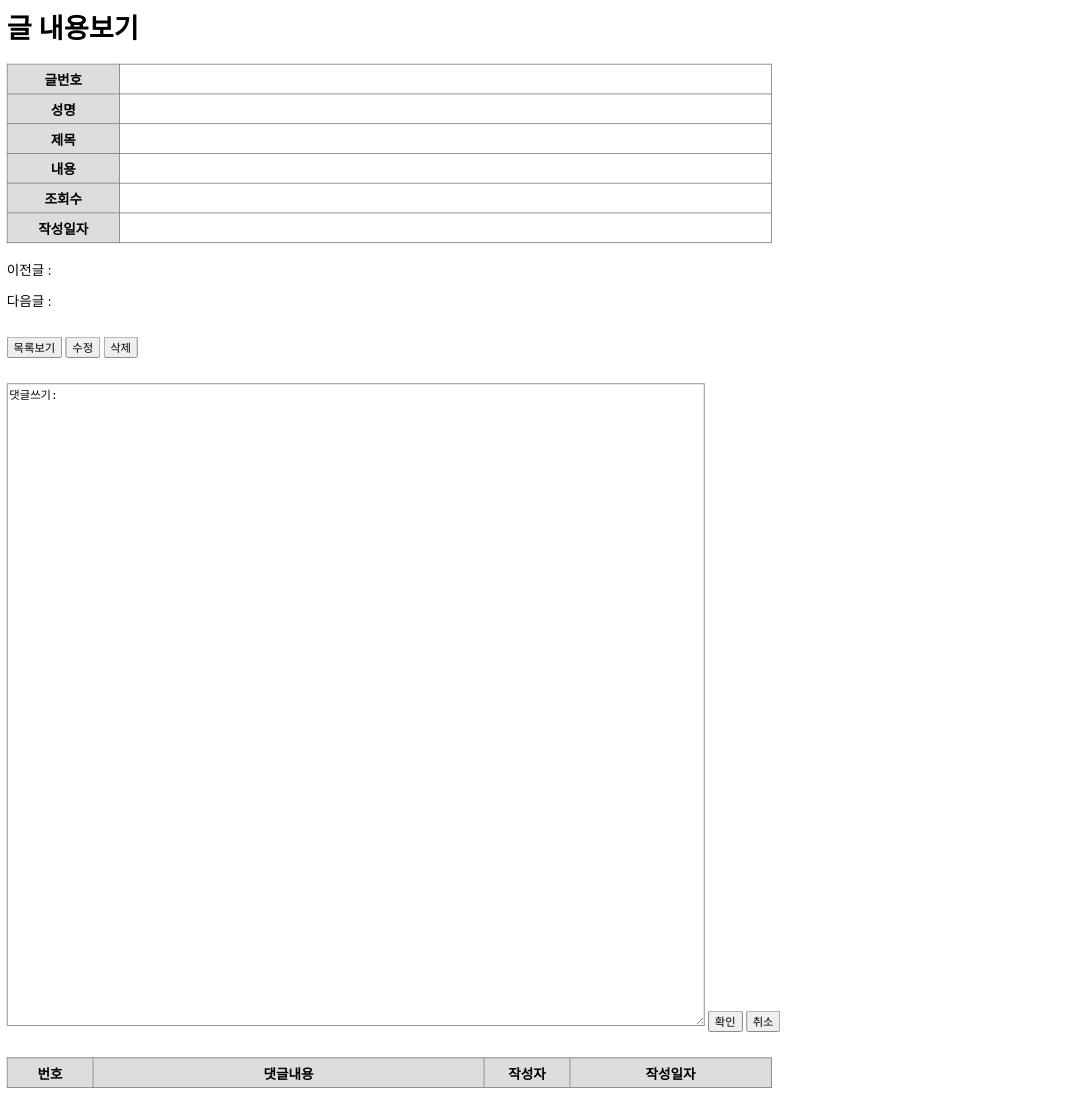
Repository: gold37/Spring
Page: http://localhost/Board/WEB-INF/views/tiles1/board/view.jsp
The author's editor kept a copy of each file at every save. The page is drawn from the files as they stood at one save, then again after the next save.
The browser window is 1280 px wide. The pictures show the whole page, at 85% of full size.
The page is served by Tomcat 9. Nobody is signed in. Other server files are loaded and not shown. The template is opened directly, without the code that normally fills it, so the values that code supplies are empty.

Above is the page before, as saved 2020-07-17 06:45:24.
Console error: ReferenceError: $ is not defined

### springworkspace/Board/src/main/webapp/WEB-INF/views/tiles1/board/view.jsp
<%@ page language="java" contentType="text/html; charset=UTF-8"
    pageEncoding="UTF-8"%>

<%@ taglib prefix="c" uri="http://java.sun.com/jsp/jstl/core" %>

<style>

table, th, td, input, textarea {
	border: solid gray 1px;
}

#table, #table2 {
	border-collapse: collapse;
 	width: 900px;
}

#table th, #table td{padding: 5px;}
#table th{width: 120px; background-color: #DDDDDD;}
#table td{width: 750px;}
.long {width: 470px;}
.short {width: 120px;}

.move {cursor: pointer;}
.moveColor {font-weight: bold;}

a {text-decoration: none !important;}


</style>

<script type="text/javascript">

	$(document).ready(function(){

		$(".move").hover(function(){
						$(this).addClass("moveColor");
					},
					function(){
						$(this).removeClass("moveColor");
					});

	});


</script>


<div style="">
	<h1>글 내용보기</h1>

	<table id="table" style="word-wrap: break-word; table-layout: fixted;">
		<tr>
			<th>글번호</th>
			<td>${boardvo.seq}</td>
		</tr>
		<tr>
			<th>성명</th>
			<td>${boardvo.name}</td>
		</tr>
		<tr>
			<th>제목</th>
			<td>${boardvo.subject}</td>
		</tr>
		<tr>
			<th>내용</th>
			<td>
				<p style="word-break: break-all;">${boardvo.content}</p>
				<%--
					style="word-break: break-all; 은 공백없는 긴영문일 경우 width 크기를 뚫고 나오는 것을 막는 것임.
					그런데 style="word-break: break-all; 나 style="word-wrap: break-word; 은
			       	테이블태그의 <td>태그에는 안되고 <p> 나 <div> 태그안에서 적용되어지므로 <td>태그에서 적용하려면
			    	<table>태그속에 style="word-wrap: break-word; table-layout: fixed;" 을 주면 된다.
				--%>
			</td>
		</tr>
		<tr>
			<th>조회수</th>
			<td>${boardvo.readCount}</td>
		</tr>
		<tr>
			<th>작성일자</th>
			<td>${boardvo.regDate}</td>
		</tr>
	</table>

	<br/>

	<div style="margin-bottom: 1%;">이전글&nbsp;:&nbsp;<span class="move" onclick="javascript:location.href='view.action?seq=${boardvo.previousseq}'">${boardvo.previoussubject}</span></div>
	<div style="margin-bottom: 1%;">다음글&nbsp;:&nbsp;<span class="move" onclick="javascript:location.href='view.action?seq=${boardvo.nextseq}'">${boardvo.nextsubject}</span></div>

	<br/>

	<button type="button" onclick="javascript:location.href='list.action'" >목록보기</button>
	<button type="button" onclick="javascript:location.href='edit.action?seq=${boardvo.seq}'" >수정</button>
	<button type="button" onclick="javascript:location.href='delete.action?seq=${boardvo.seq}'" >삭제</button>


	<div style="margin-top: 30px;">
		<textarea rows="50" cols="100">댓글쓰기:</textarea>
		<button>확인</button>
		<button>취소</button>
	</div>

	<table id="table" style="margin-top: 30px;">
		<tr>
			<th style="width: 70px;  text-align: center;">번호</th>
			<th style="width: 360px; text-align: center;">댓글내용</th>
			<th style="width: 70px;  text-align: center;">작성자</th>
			<th style="width: 180px; text-align: center;">작성일자</th>
		</tr>
		<c:forEach var="boardvo" items="${boardList}" varStatus="status">
			<tr>
				<td align="center">${boardvo.seq}</td>
				<td align="left">
					<span class="subject" onclick="goView('${boardvo.seq}')">${boardvo.subject}</span>
				</td>
				<td align="center">${boardvo.content}</td>
				<td align="center">${boardvo.name}</td>
				<td align="center">${boardvo.regDate}</td>
		</c:forEach>
	</table>

</div>

After the next save:
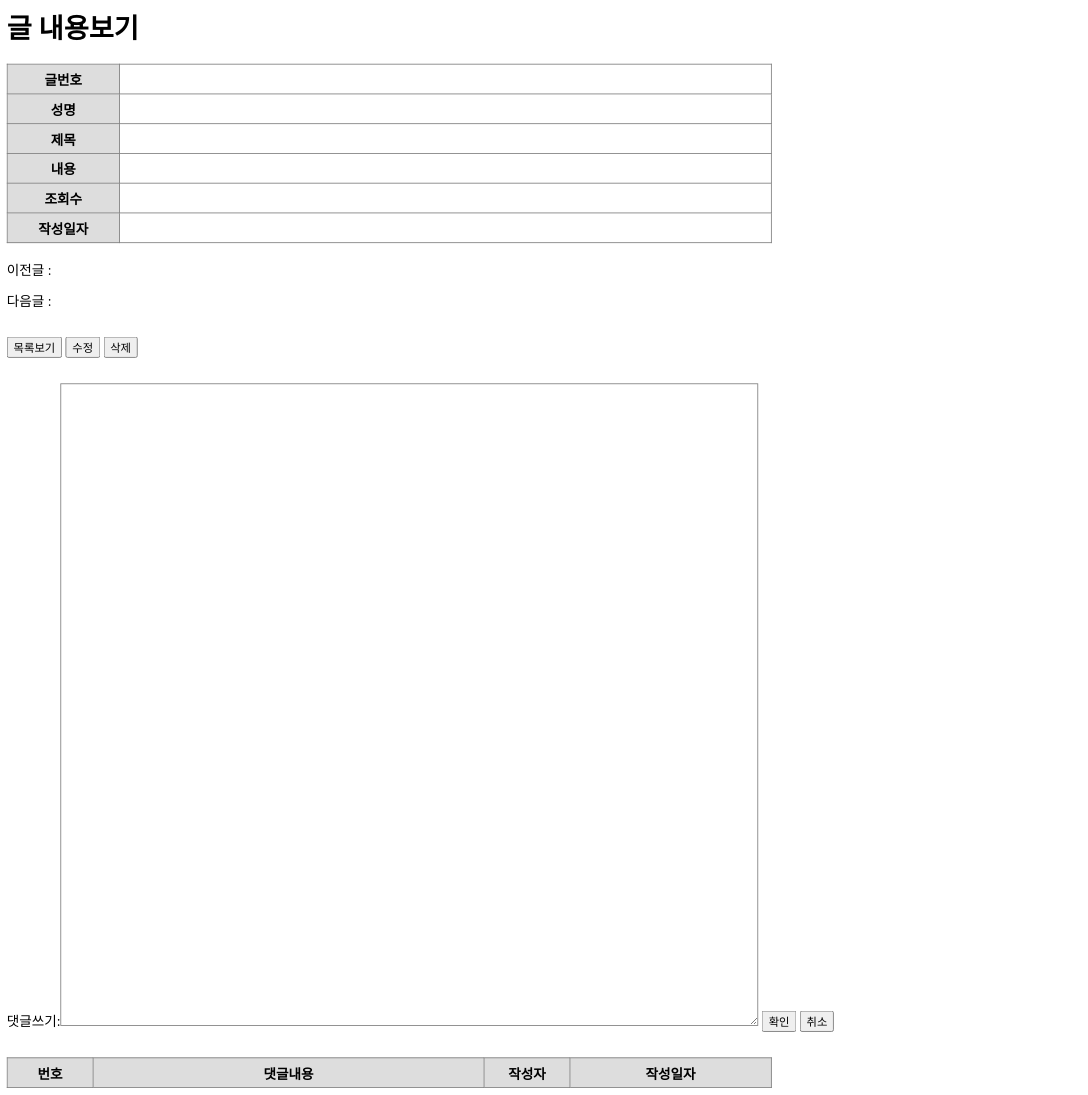
Saved 37 s later.
--- a/springworkspace/Board/src/main/webapp/WEB-INF/views/tiles1/board/view.jsp
+++ b/springworkspace/Board/src/main/webapp/WEB-INF/views/tiles1/board/view.jsp
@@ -96,7 +96,7 @@ a {text-decoration: none !important;}
 
 
 	<div style="margin-top: 30px;">
-		<textarea rows="50" cols="100">댓글쓰기:</textarea>
+		댓글쓰기:<textarea rows="50" cols="100"></textarea>
 		<button>확인</button>
 		<button>취소</button>
 	</div>
